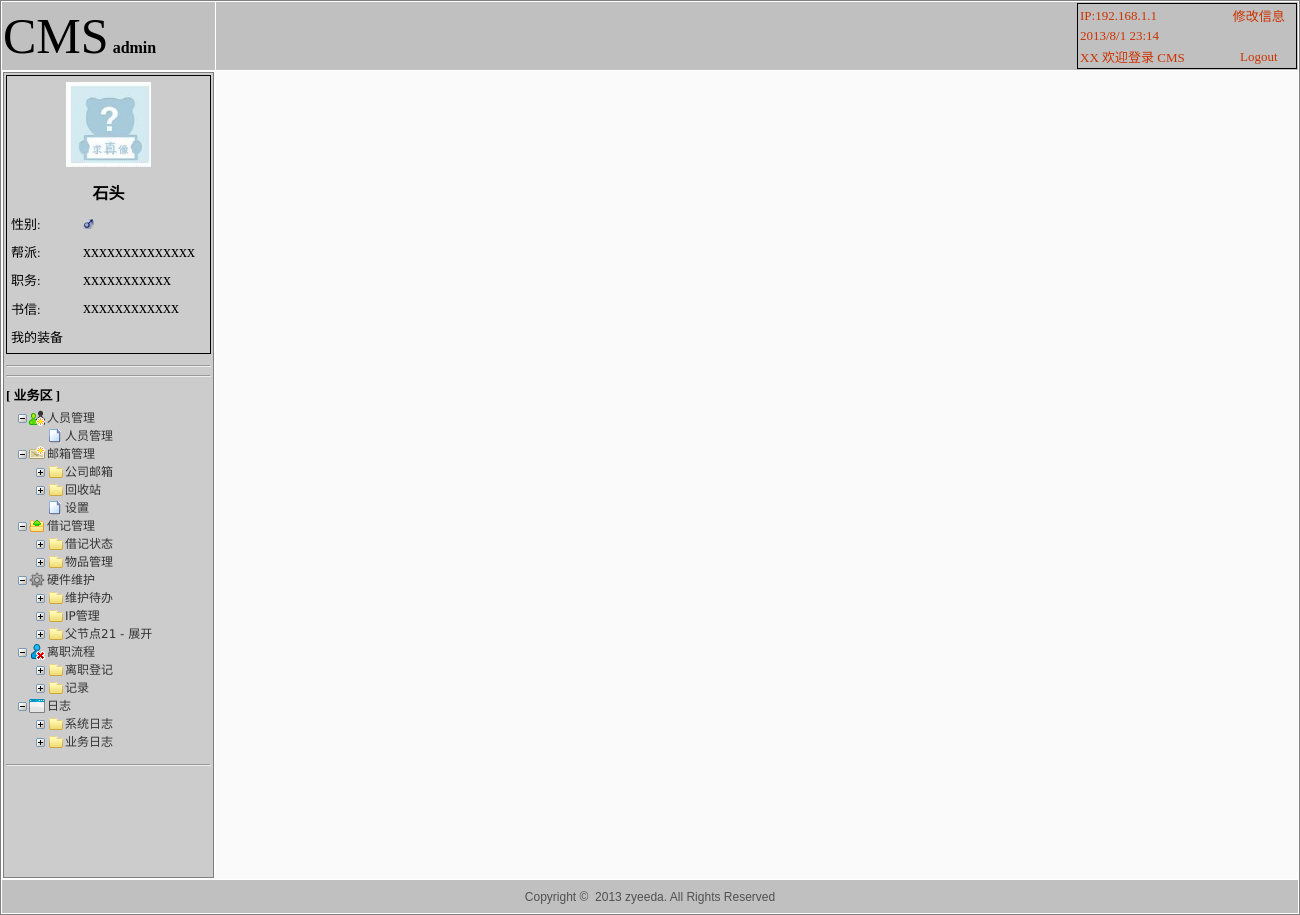
Repository: 728064001/MyProject
Page: http://localhost/CMS/admin.jsp
An editor plug-in stored every save of this project. The page is shown before and after the next save, followed by the edit.
The browser window is 1280 px wide. The page is 1300 px wide, so the pictures cover 1300 px, including what lies to the right of the window. The pictures show the whole page.
The page is served by Tomcat 9. Queries for data that is not in the repository find no rows.

Above is the page before, as saved 2013-08-02 09:50:50.

After the next save:
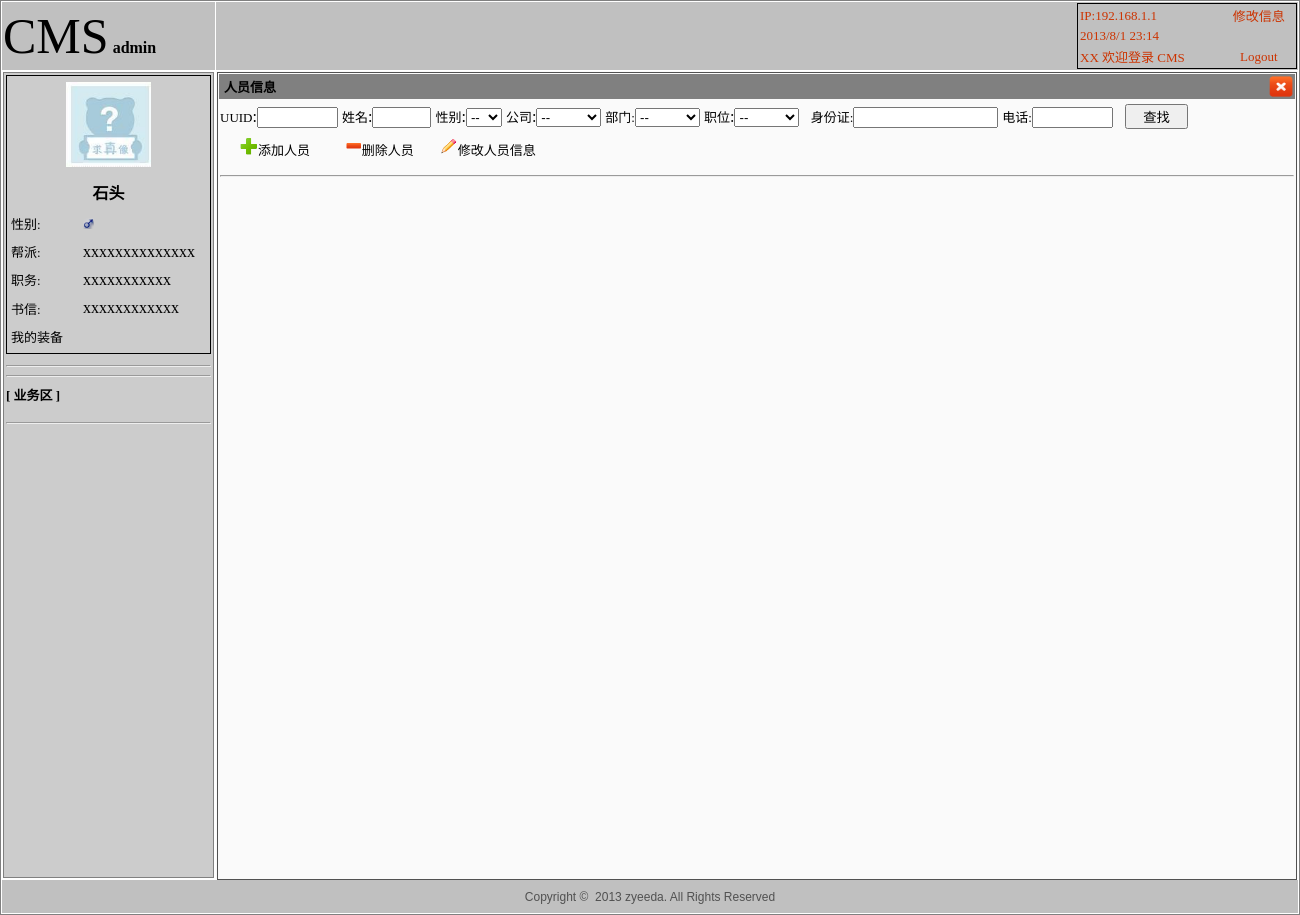
Console error (its wording comes from the project's code and is left out).
Saved 3 min 58 s later.
--- a/cms-server-code/CMS/WebRoot/js/admin.js
+++ b/cms-server-code/CMS/WebRoot/js/admin.js
@@ -30,7 +30,10 @@
 //	add comp option
 	var compnamelen = json.company.length;
 	var compobj = $("#comp");
-	compobj.append();
+	for(var i=0;i<compnamelen;i++){
+		compobj.append("<option value="+"'"++"'"+">"++"</option>");
+	}
+
 }
 
 

After the save that followed:
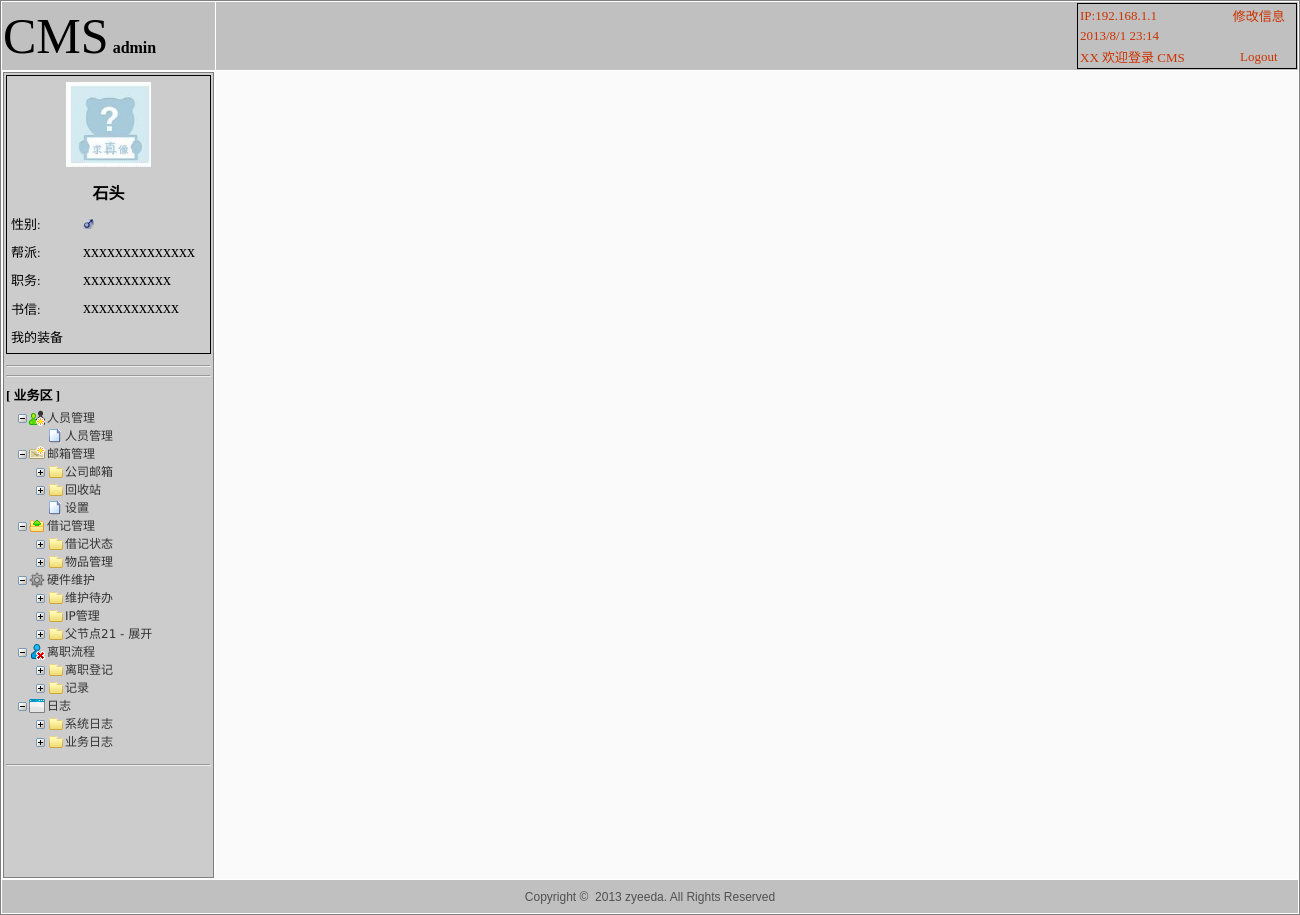
The error is gone.
Saved 46 s later.
--- a/cms-server-code/CMS/WebRoot/js/admin.js
+++ b/cms-server-code/CMS/WebRoot/js/admin.js
@@ -31,7 +31,7 @@
 	var compnamelen = json.company.length;
 	var compobj = $("#comp");
 	for(var i=0;i<compnamelen;i++){
-		compobj.append("<option value="+"'"++"'"+">"++"</option>");
+		compobj.append("<option value="+"'"+json.company[i].name+"'"+">"+json.company[i].name+"</option>");
 	}
 
 }
